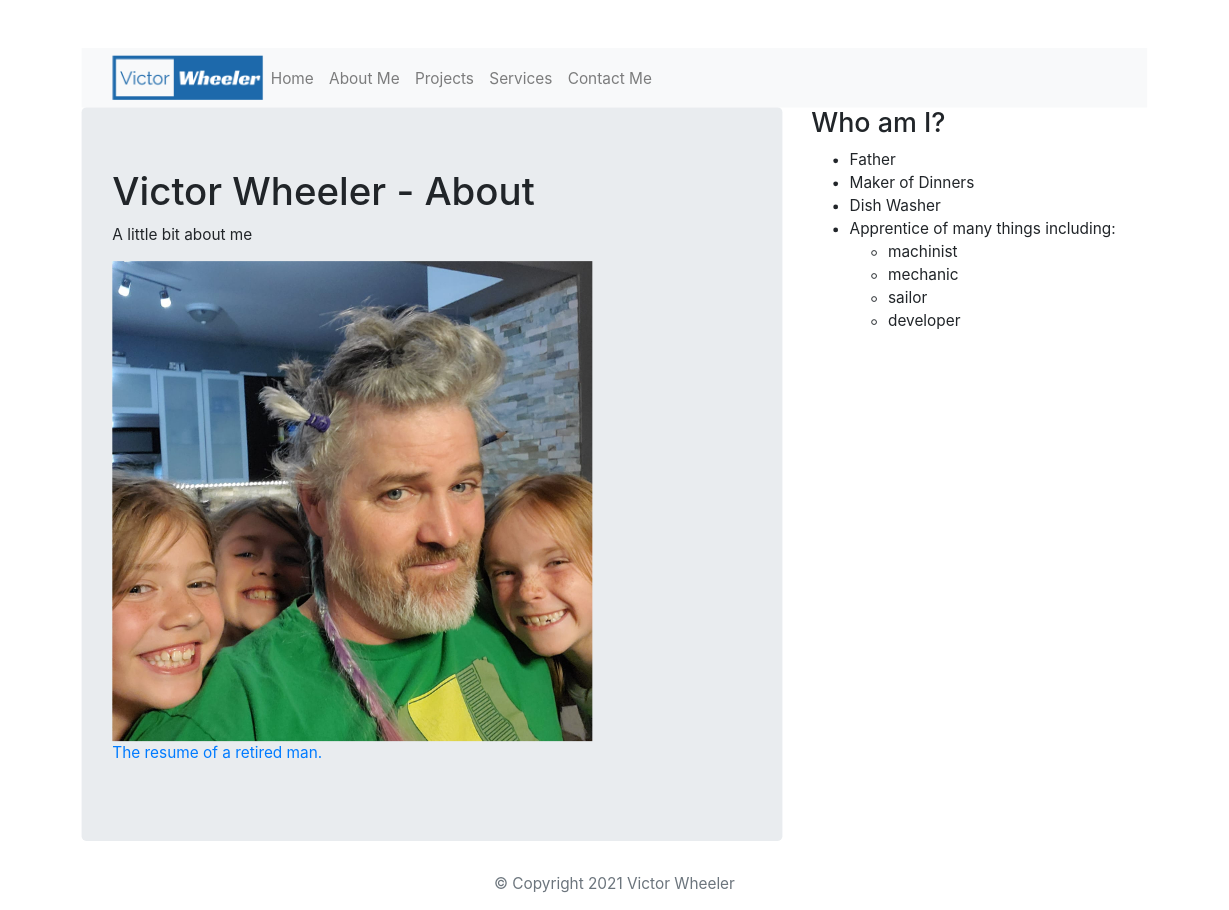
Repository: VictorWheeler/COMP_229_301167760
Page: http://localhost/about
These files come from the project's save history. The page is drawn as it stood at one moment and after the next save; the edit follows.
The browser window is 1280 px wide. The pictures show the whole page, at 96% of full size.
The page is served by the project's Node server (server.js).

Above is the page before, as saved 2021-09-30 09:58:59.

### Express-Portfolio-Site/views/pages/about.ejs
<!DOCTYPE html>
<html lang="en">
<head>
  <%- include('../partials/head'); %>
</head>
<body class="container">

<header>
  <%- include('../partials/header'); %>
</header>

<main>
<div class="row">
  <div class="col-sm-8">
    <div class="jumbotron">
      <h1>Victor Wheeler - About</h1>
      <p>A little bit about me</p>
      <img src="/images/aboutme.jpg" alt="Victor Wheeler" width="500" height="500">
      <p><a href="/files/Resume.docx">The resume of a retired man.</a></p>
    </div>
  </div>

  <div class="col-sm-4">
    <div class="well">
      <h3>Who am I?</h3>
      <ul>
      <li>Father</li>
      <li>Maker of Dinners</li>
      <li>Dish Washer</li>
      <li>Apprentice of many things including:</li>
        <ul>
          <li>machinist</li>
          <li>mechanic</li>
          <li>sailor</li>
          <li>developer</li>
        </ul>
      </ul>
    </div>
  </div>
</div>
</main>

<footer>
  <%- include('../partials/footer'); %>
</footer>

</body>
</html>

### Express-Portfolio-Site/views/partials/head.ejs
<meta charset="UTF-8">
<title>Victor Wheeler</title>

<!-- CSS (load bootstrap from a CDN) -->
<link rel="stylesheet" href="https://cdnjs.cloudflare.com/ajax/libs/twitter-bootstrap/4.5.2/css/bootstrap.min.css">
<style>
  body { padding-top:50px; }
</style>

### Express-Portfolio-Site/views/partials/header.ejs
<nav class="navbar navbar-expand-lg navbar-light bg-light">
  <a class="navbar-brand"></a><img class="logo" src="/images/vw_logo.png" width="157" height="46" alt="why">
   <ul class="navbar-nav mr-auto">
    <li class="nav-item">
      <a class="nav-link" href="/">Home</a>
    </li>
    <li class="nav-item">
      <a class="nav-link" href="/about">About Me</a>
    </li>
    <li class="nav-item">
      <a class="nav-link" href="/projects">Projects</a>
    </li>
    <li class="nav-item">
      <a class="nav-link" href="/services">Services</a>
    </li>
    <li class="nav-item">
      <a class="nav-link" href="/contact">Contact Me</a>
    </li>
  </ul>
</nav>

### Express-Portfolio-Site/views/partials/footer.ejs
<p class="text-center text-muted">&copy; Copyright 2021 Victor Wheeler</p>

### Express-Portfolio-Site/server.js
var express = require('express');
var app = express();
var root = require('path').join(__dirname,'/public');


// set the view engine to ejs
app.set('view engine', 'ejs');

//set public folder as static
app.use(express.static(root));

// use res.render to load up an ejs view file

// Home page page
app.get('/', function(req, res) {
  res.render('pages/index');
});

// About Me page
app.get('/about', function(req, res) {
  res.render('pages/about');
});

// Projects page
app.get('/projects', function(req, res) {
    res.render('pages/projects');
  });

  // Services page
app.get('/services', function(req, res) {
    res.render('pages/services');
  });

  // Contact Me page
app.get('/contact', function(req, res) {
    res.render('pages/contact');
  });

app.listen(3000);
console.log('Server is listening on port 3000');

After the next save:
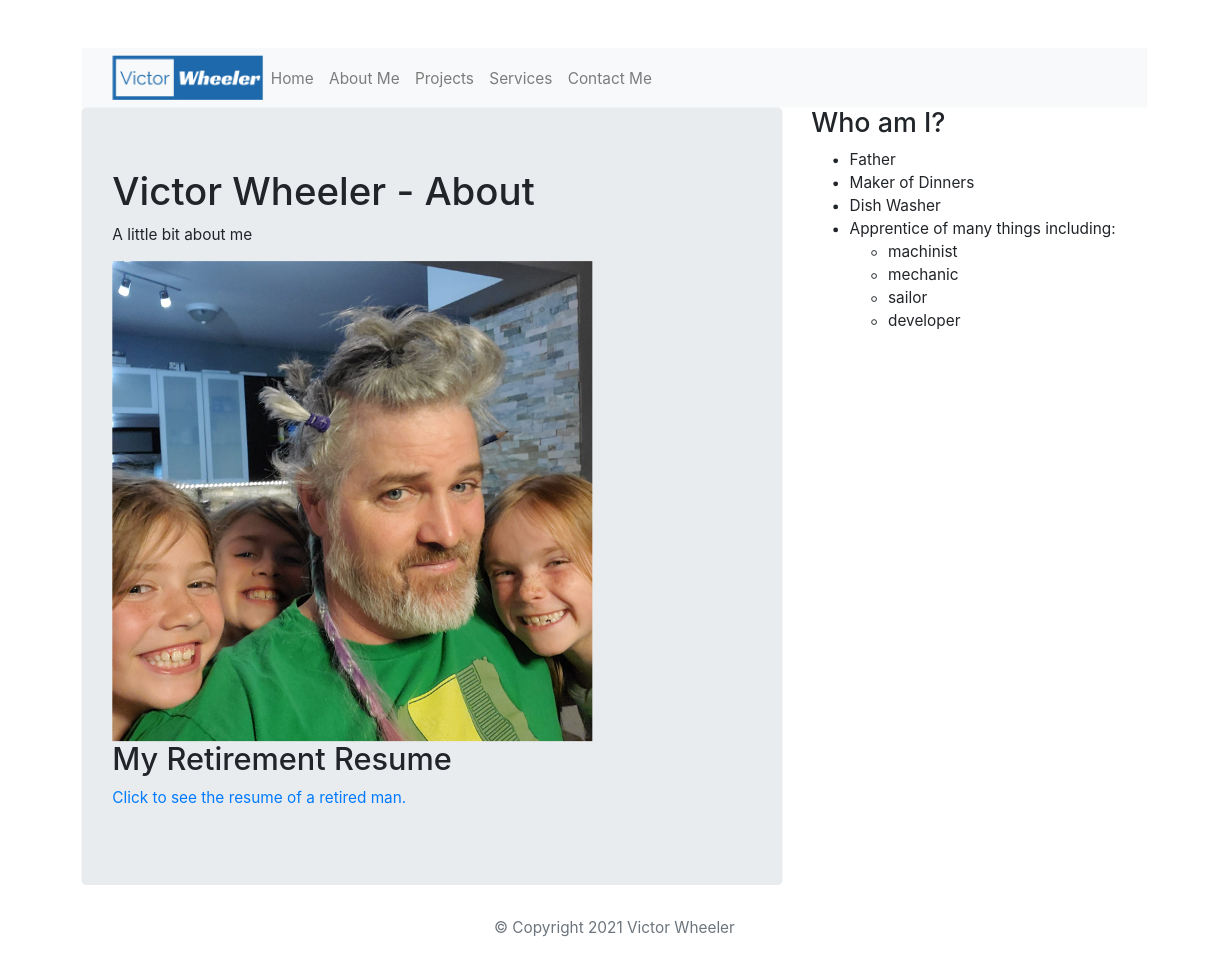
Saved 49 s later.
--- a/Express-Portfolio-Site/views/pages/about.ejs
+++ b/Express-Portfolio-Site/views/pages/about.ejs
@@ -16,7 +16,8 @@
       <h1>Victor Wheeler - About</h1>
       <p>A little bit about me</p>
       <img src="/images/aboutme.jpg" alt="Victor Wheeler" width="500" height="500">
-      <p><a href="/files/Resume.docx">The resume of a retired man.</a></p>
+      <h2>My Retirement Resume</h2>
+      <p><a href="/files/Resume.docx">Click to see the resume of a retired man.</a></p>
     </div>
   </div>
 
